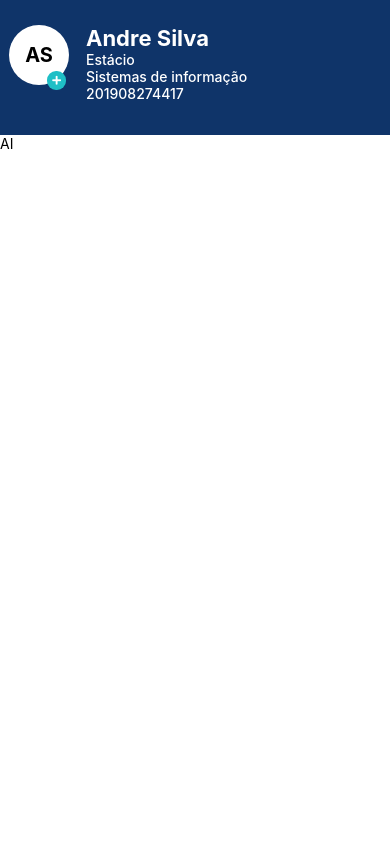
Repository: andre06x/native-estacio
Screen: /
The author's editor kept a copy of each file at every save. The screen is drawn from the files as they stood at one save, then again after the next save.
The app was drawn by React Native's web renderer in a window 390 px wide. The project was rebuilt for these pictures with package versions that can differ from the ones it lists, and the page was loaded fresh each time. Also part of the build but not shown: src/Pages/Login/index.tsx.

Above is the screen before, as saved 2022-03-24 14:10:53.

After the next save:
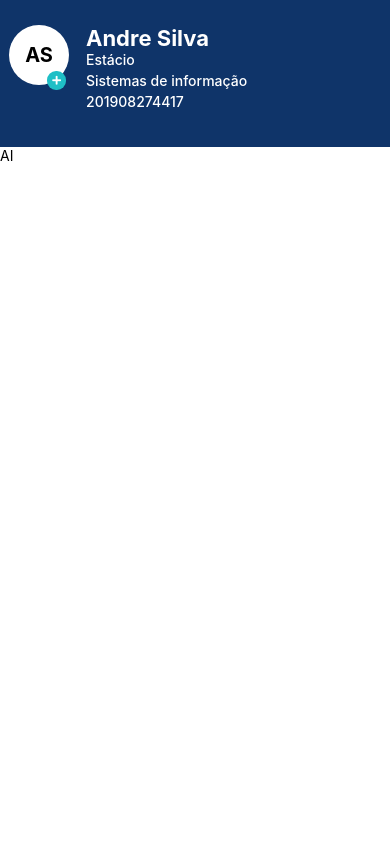
Saved 24 s later.
--- a/src/Pages/Home/index.tsx
+++ b/src/Pages/Home/index.tsx
@@ -90,7 +90,8 @@
   profile_container_info_mini_text: {
     color: "#fff",
     fontSize: 14,
-    fontWeight: "500"
+    fontWeight: "500",
+    marginBottom: 4
   },
 
 });
